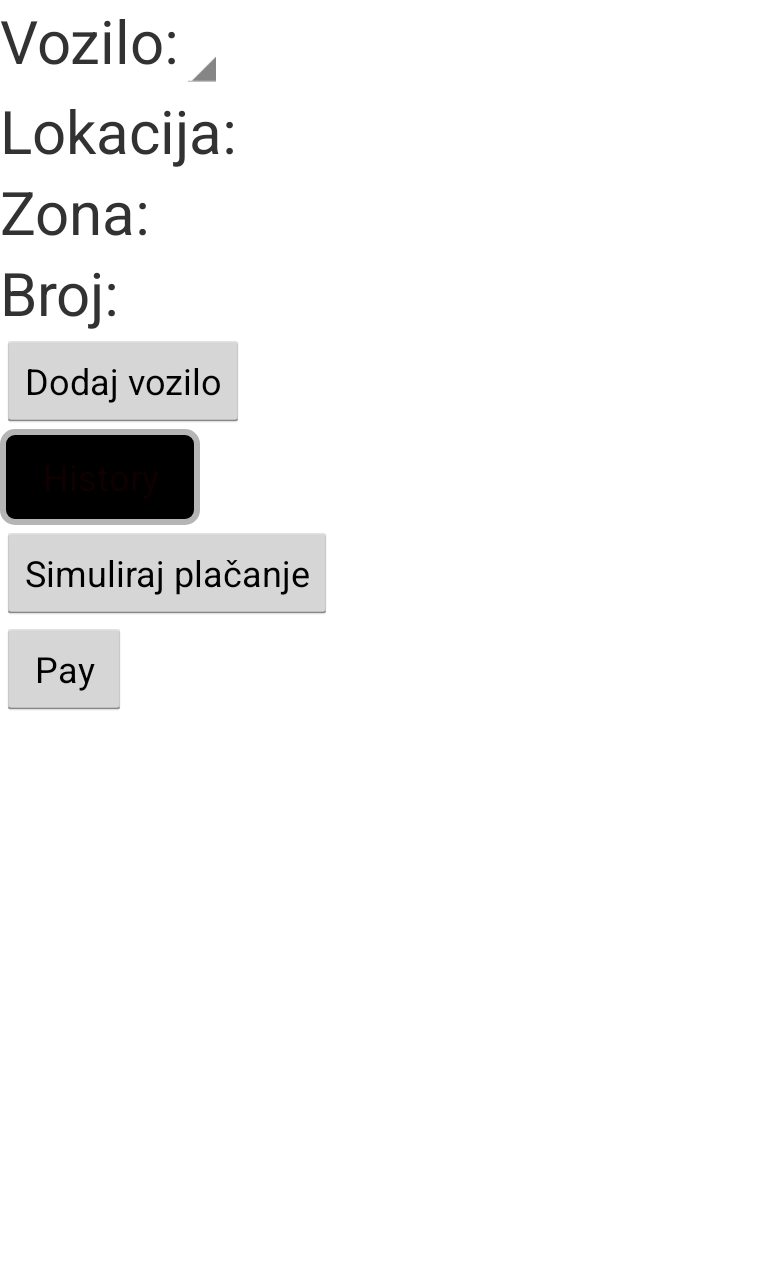
Repository: Kondorcom/GPS_parking
Layout: GPSParking/res/layout/activity_main.xml
The author's editor kept a copy of each file at every save. The layout is drawn from the files as they stood at one save, then again after the next save.
It is drawn on a 768 x 1280 px phone screen (xhdpi) without system bars, with theme AppTheme; the app's code is not run. The app's manifest (not shown) leaves right-to-left support off. So textAlignment, textDirection and layoutDirection are ignored, and left and right values win over start and end ones.

Above is the layout before, as saved 2016-05-16 10:57:37.

After the next save:
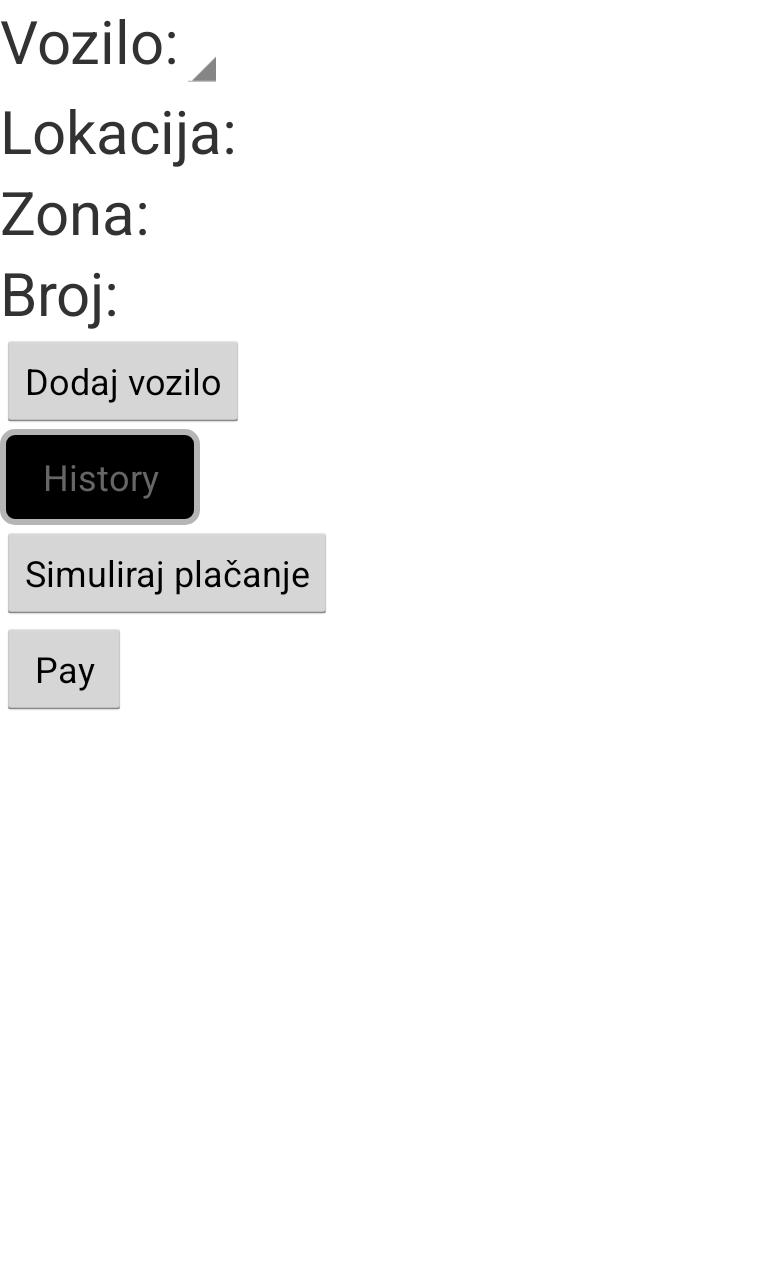
Saved 9 s later.
--- a/GPSParking/res/layout/activity_main.xml
+++ b/GPSParking/res/layout/activity_main.xml
@@ -117,7 +117,7 @@
             android:layout_height="wrap_content"
             android:onClick="gotoHistory"
             android:text="@string/history"
-            android:textColor="#100000"
+            android:textColor="#666666"
              android:background="@drawable/btn_shape" />
     </LinearLayout>
 
